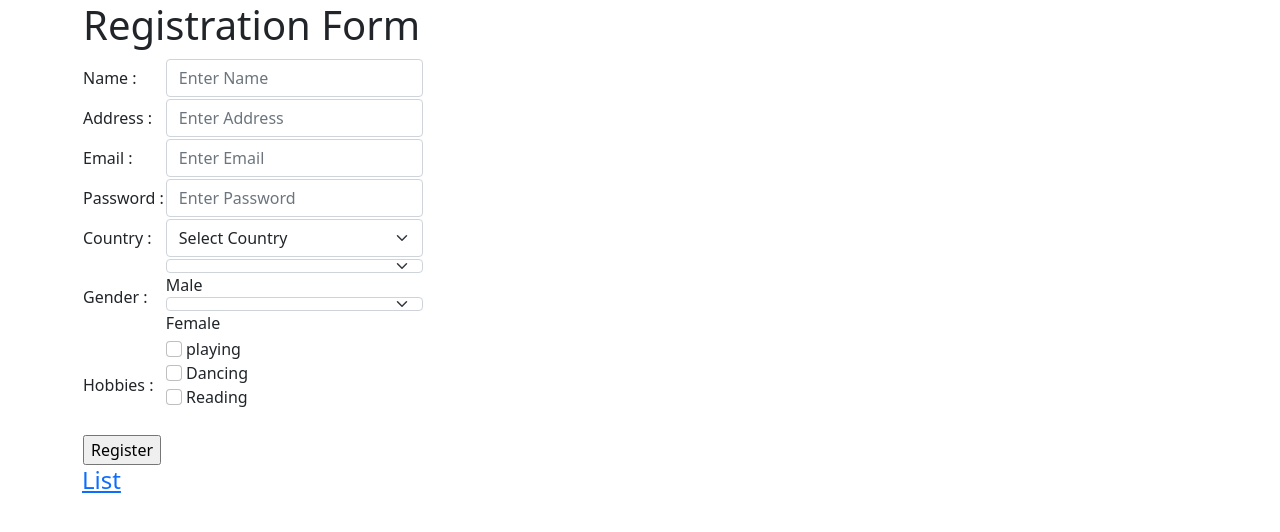
Repository: testuser85495/Java-Practical
Page: http://localhost/First_demo/
An editor plug-in stored every save of this project. The page is shown before and after the next save, followed by the edit.
The browser window is 1280 px wide. The pictures show the whole page.
The page is served by Tomcat 9. Other server files are loaded and not shown.

Above is the page before, as saved 2024-07-23 13:28:06.

### First_demo/src/main/webapp/index.jsp
<%@ page language="java" contentType="text/html; charset=UTF-8"
	pageEncoding="UTF-8"%>
<!DOCTYPE html>
<html>
<head>
    <!-- Required meta tags -->
    <meta charset="utf-8">
    <meta name="viewport" content="width=device-width, initial-scale=1">

    <!-- Bootstrap CSS -->
    <link href="https://cdn.jsdelivr.net/npm/bootstrap@5.0.2/dist/css/bootstrap.min.css" rel="stylesheet" integrity="sha384-EVSTQN3/azprG1Anm3QDgpJLIm9Nao0Yz1ztcQTwFspd3yD65VohhpuuCOmLASjC" crossorigin="anonymous">

    <title>Edit</title>
  </head>


<body>
	<div class="container">
		<%-- <h3 class="scriptlet">
			<%
			String msg = (String) request.getAttribute("msg");
			if (msg != null) {
				out.print(msg);
			}
			%>
		</h3> --%>

		<form action="UserController" method="post">
			<table cellspacing="15" class="tbl_reg">
				<tr>
					<td colspan="2">
						<h1>Registration Form</h1>
					</td>
				</tr>
				<tr>
					<td><label>Name : </label></td>
					<td><input type="text" name="name" placeholder="Enter Name" class="form-control"
						required="required"></td>
				</tr>

				<tr>
					<td><label>Address : </label></td>
					<td><input type="text" name="address"
						placeholder="Enter Address" required="required" class="form-control"></td>
				</tr>


				<tr>
					<td><label>Email : </label></td>
					<td><input type="email" name="email" placeholder="Enter Email"
						required="required" class="form-control"></td>
				</tr>
				<tr>
					<td><label>Password : </label></td>
					<td><input type="password" name="password"
						placeholder="Enter Password" required="required" class="form-control"></td>
				</tr>

				<tr>
					<td><label>Country : </label></td>
					<td><select name="country" id="Country" class="form-select">
					        <option selected>Select Country</option>
							<option value="India">India</option>
							<option value="USA">USA</option>
							<option value="Canada">Canada</option>
							<option value="UK">UK</option>
					</select></td>
				</tr>

				<tr>
					<td><label>Gender : </label></td>
					<td><input type="radio" name="gender" value="male" class="form-select">
						Male<br> <input type="radio" name="gender" value="female" class="form-select">
						Female<br></td>
				</tr>


				<tr>
					<td><label>Hobbies : </label></td>


					<td><input type="checkbox" name="hobbie" value="playing" class="form-check-input">
					<label for="Hobbies"> playing</label>
					<br>
					<input type="checkbox" name="hobbie" value="Dancing" class="form-check-input">
					<label for="Hobbies"> Dancing</label>
					<br>
					<input type="checkbox" name="hobbie" value="Reading" class="form-check-input">
					<label for="Hobbies"> Reading</label>
					<br>
					<br></td>


				</tr>

				<tr>
					<td colspan="2"><input type="Submit" name="action"
						value="Register" class="reg_submit" id="reg_submit" /></td>
				</tr>
			</table>
			<h4><a href="home.jsp">List</a></h4>
		</form>
	</div>
</body>
</html>

After the next save:
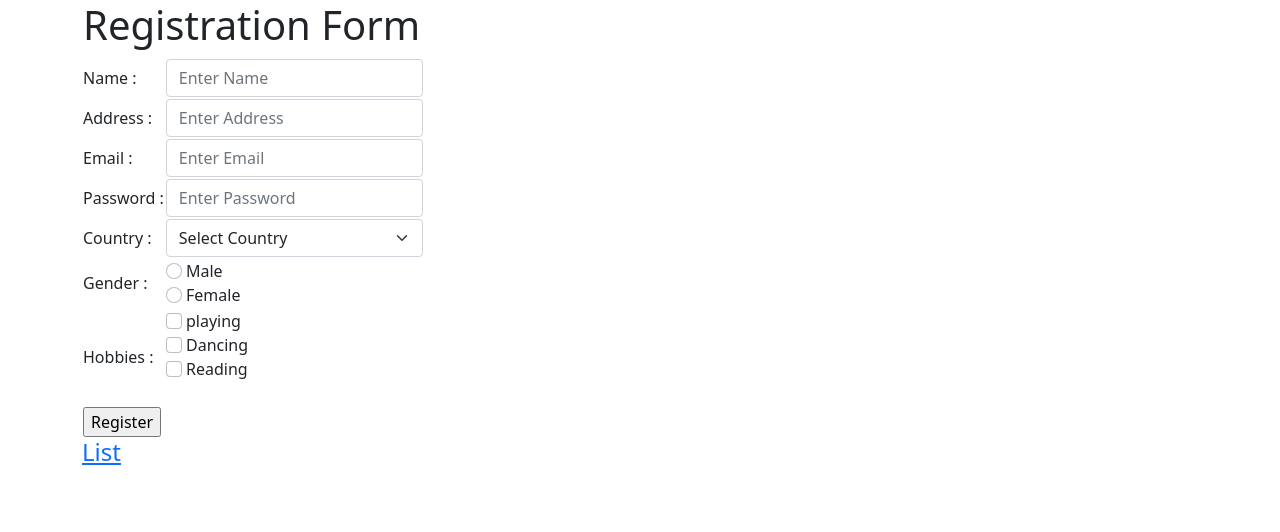
Saved 24 s later.
--- a/First_demo/src/main/webapp/index.jsp
+++ b/First_demo/src/main/webapp/index.jsp
@@ -69,8 +69,8 @@
 
 				<tr>
 					<td><label>Gender : </label></td>
-					<td><input type="radio" name="gender" value="male" class="form-select">
-						Male<br> <input type="radio" name="gender" value="female" class="form-select">
+					<td><input type="radio" name="gender" value="male" class="form-check-input">
+						Male<br> <input type="radio" name="gender" value="female" class="form-check-input">
 						Female<br></td>
 				</tr>
 
